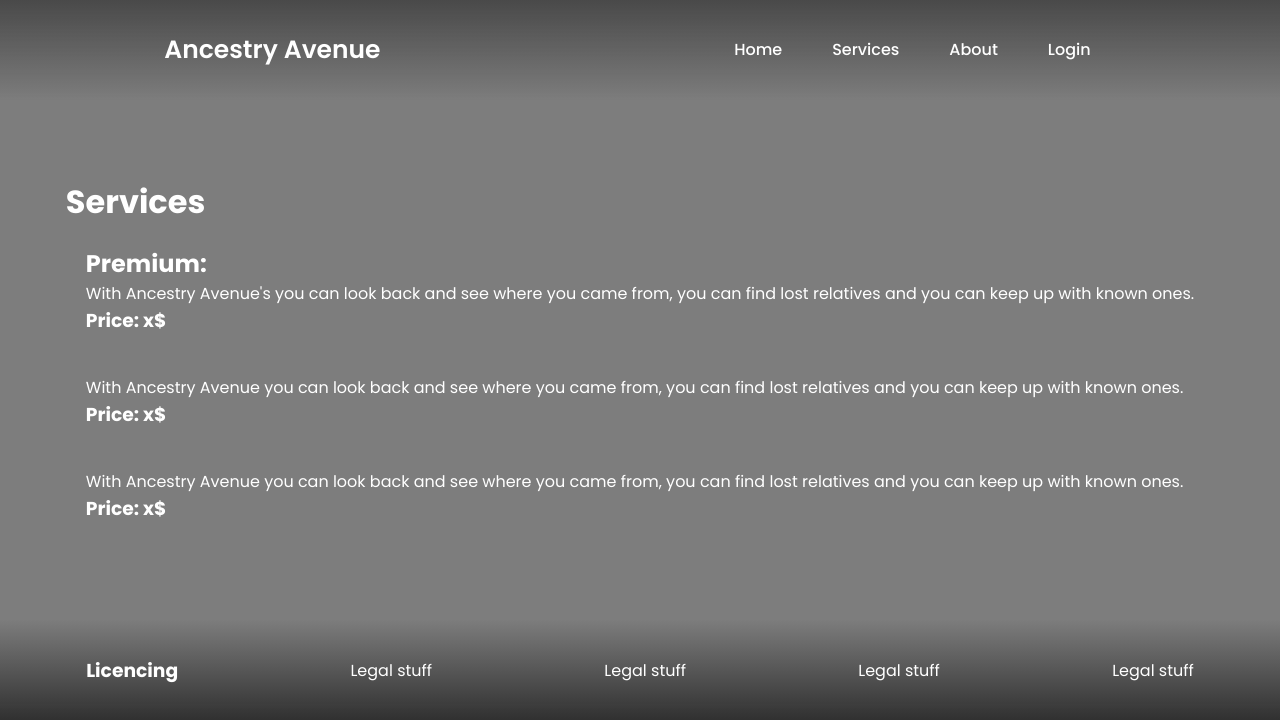
Repository: Erik-Paulin/24wuab
Page: services.html
The author's editor kept a copy of each file at every save. The page is drawn from the files as they stood at one save, then again after the next save.
The browser window is 1280 px wide. The pictures show the whole page.

Above is the page before, as saved 2024-05-04 17:30:00.
Console error: TypeError: Cannot read properties of null (reading 'addEventListener')

After the next save:
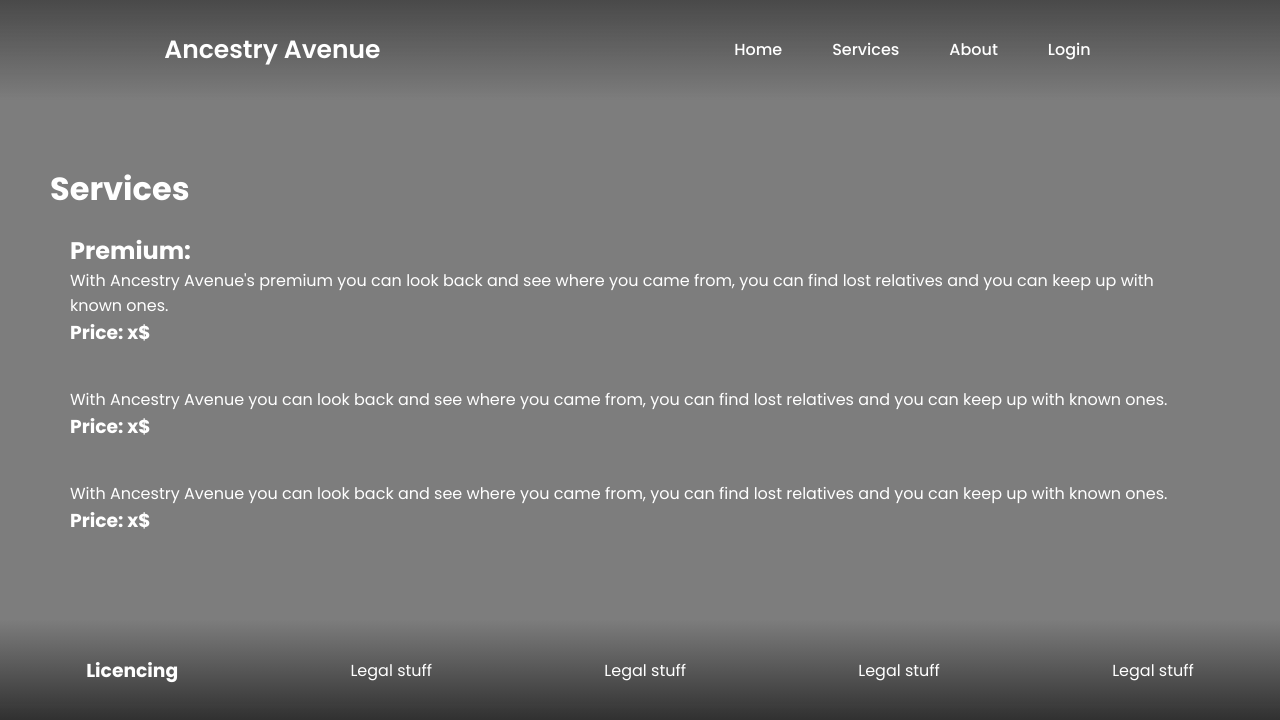
Saved 4 s later.
--- a/services.html
+++ b/services.html
@@ -47,7 +47,7 @@
                 Premium:
               </h2>
               <p>
-                With Ancestry Avenue's you can look back and see where you came
+                With Ancestry Avenue's premium you can look back and see where you came
                 from, you can find lost relatives and you can keep up with known
                 ones.
               </p>
